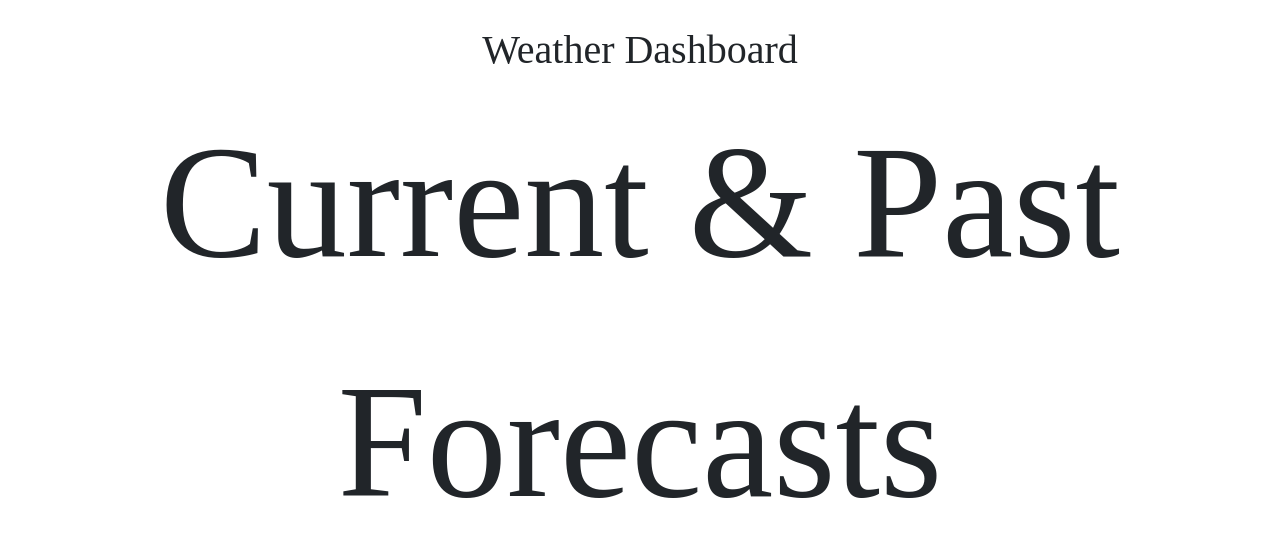
Repository: Llenrocc/Weather_API
Page: index.html
The author's editor kept a copy of each file at every save. The page is drawn from the files as they stood at one save, then again after the next save.
The browser window is 1280 px wide. The pictures show the whole page.
Some web fonts or font styles are not loaded; a fallback is used.

Above is the page before, as saved 2020-07-17 22:00:24.

After the next save:
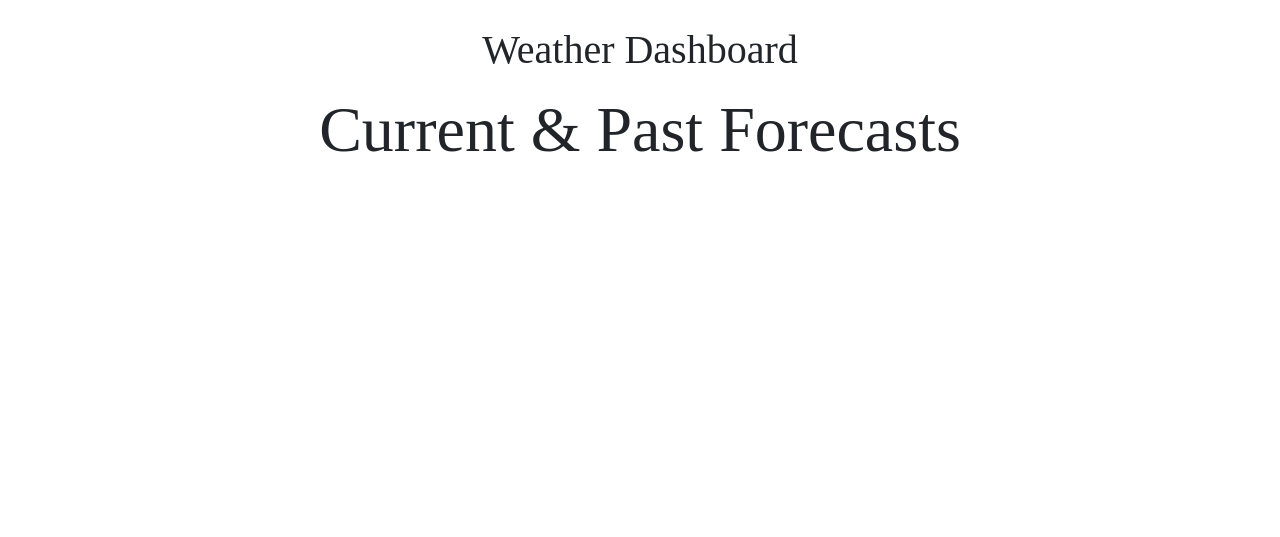
Saved 14 s later.
--- a/style.css
+++ b/style.css
@@ -2,5 +2,5 @@
     padding-top: 2%;
     text-align: center;
     font-family: 'Just Another Hand', cursive;
-    font-size: 10rem;
+    font-size: 4rem;
 }
